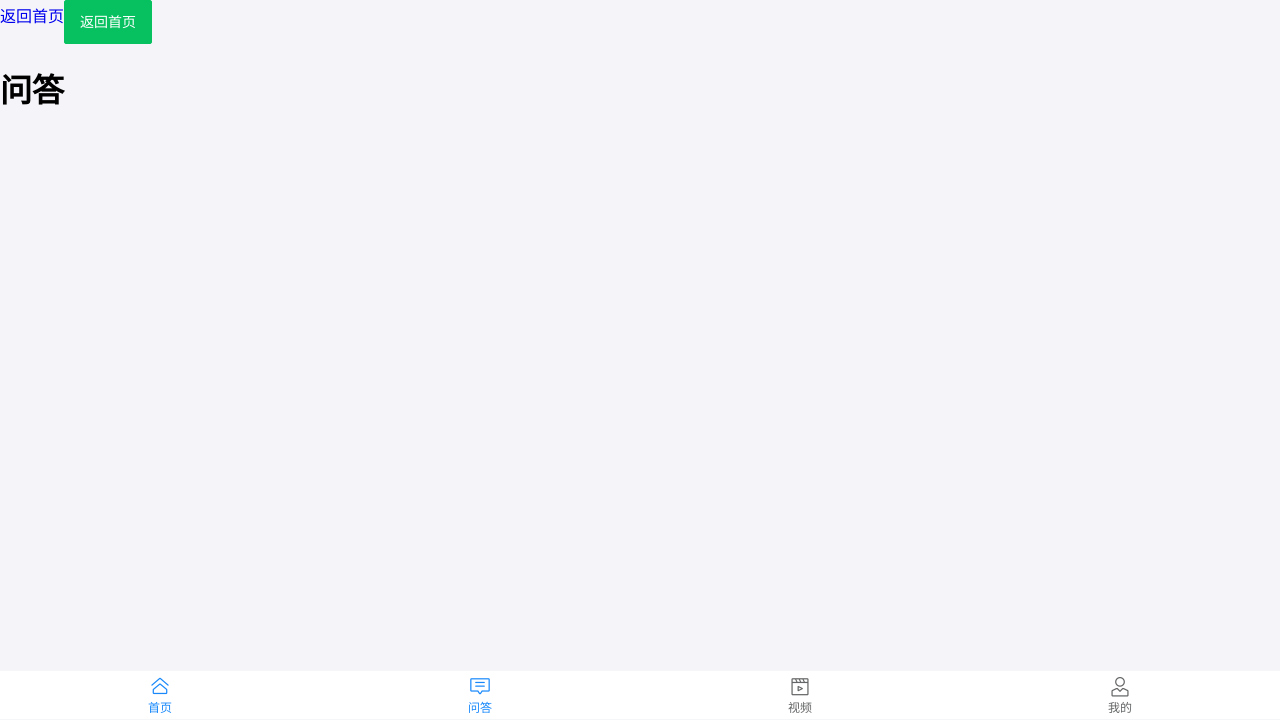
Repository: xn-lb/toutiao-mb
Page: /#/qa
The author's editor kept a copy of each file at every save. The page is drawn from the files as they stood at one save, then again after the next save.
The browser window is 1280 px wide. The pictures show the whole page.
The project was rebuilt for these pictures with package versions that can differ from the ones it lists, and the page was loaded fresh each time. Also part of the build but not shown: vue.config.js.

Above is the page before, as saved 2023-04-16 21:51:40.

After the next save:
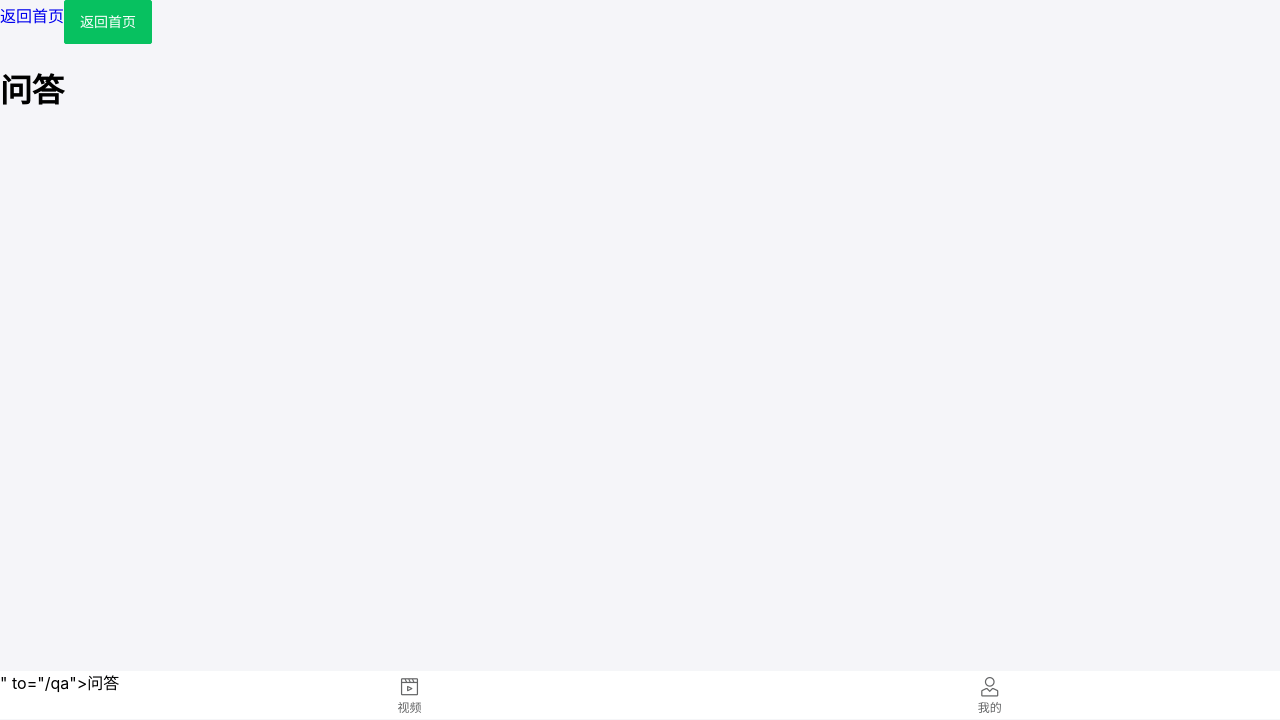
Saved 10 min 45 s later.
--- a/src/views/layout/index.vue
+++ b/src/views/layout/index.vue
@@ -5,7 +5,7 @@
 
         <!-- 底部导航栏 -->
         <van-tabbar v-model="active" route>
-            <van-tabbar-item icon="home-o" to="/">首页</van-tabbar-item>
+            <van-tabbar-item icon="home-o" to="/" @click="$router.push('/')> 首页</van-tabbar-item>
             <van-tabbar-item icon="comment-o" to="/qa">问答</van-tabbar-item>
             <van-tabbar-item icon="video-o" to="/video">视频</van-tabbar-item>
             <van-tabbar-item icon="user-o" to="/my">我的</van-tabbar-item>
